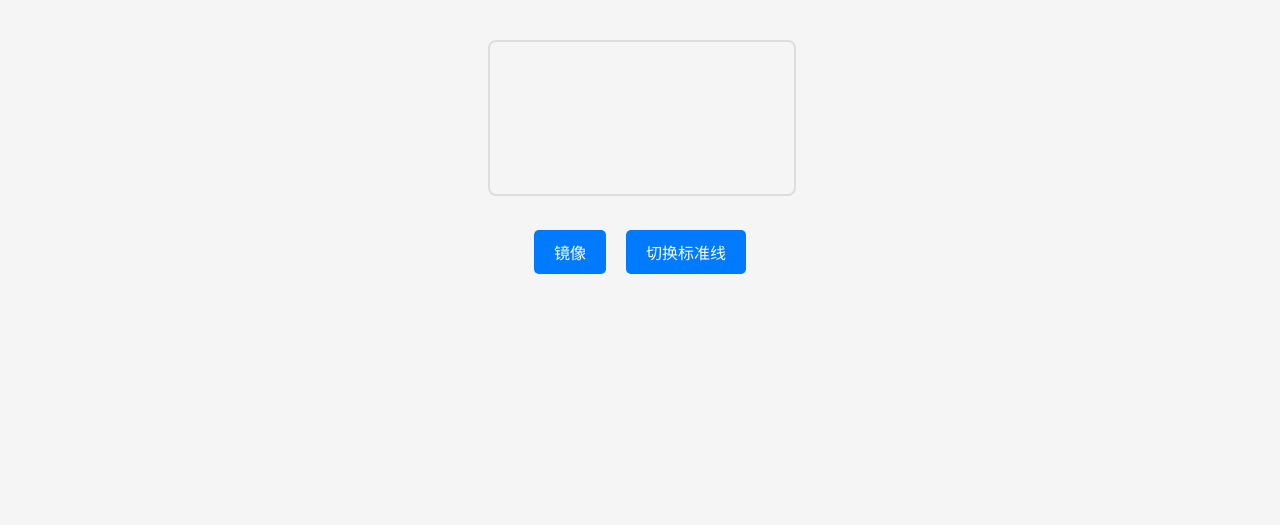
Repository: shasha333333/mirrorOnVue
Page: /
An editor plug-in stored every save of this project. The page is shown before and after the next save, followed by the edit.
The browser window is 1280 px wide. The pictures show the whole page.
The page's requests for data from a server got no answer. The project was rebuilt for these pictures with package versions that can differ from the ones it lists, and the page was loaded fresh each time. No one was signed in, and anything a server would have sent is missing. Also part of the build but not shown: vue.config.js.

Above is the page before, as saved 2024-11-18 21:12:59.

After the next save:
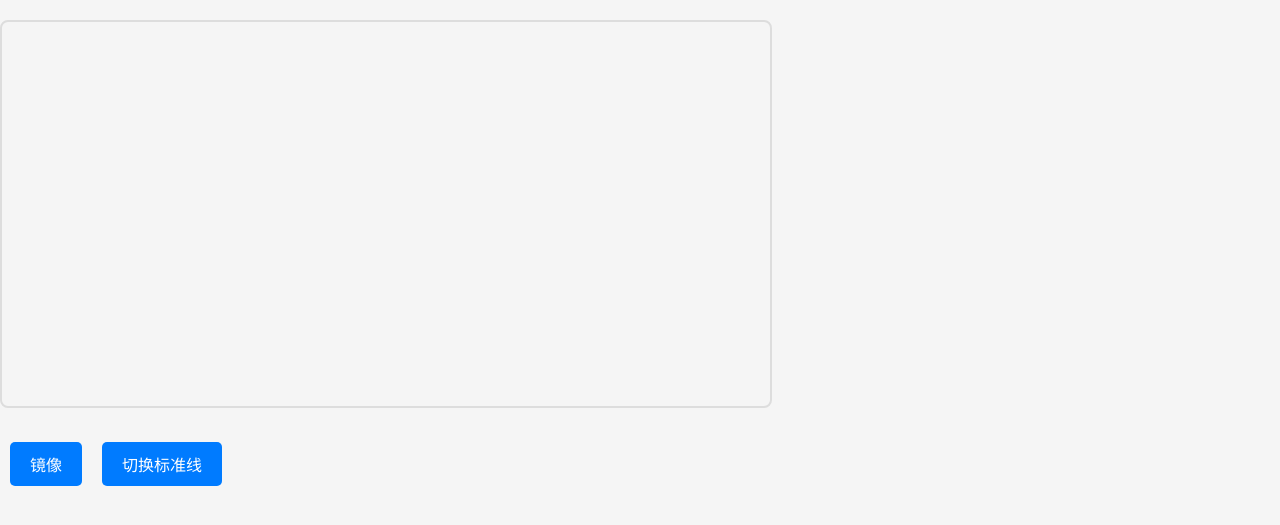
Saved 6 min 53 s later.
--- a/src/components/CameraApp.vue
+++ b/src/components/CameraApp.vue
@@ -1,11 +1,11 @@
 <template>
-  <div class="camera-app" id="camera-app">
+  <div class="camera-app">
     <div class="camera-container">
       <video
         ref="video"
         :class="{ mirrored: isMirrored }"
         autoplay
-        width="100%"
+        width="60%"
         height="auto"
       ></video>
       <!-- Canvas 用于绘制标准线 -->
@@ -32,11 +32,8 @@
       try {
         const stream = await navigator.mediaDevices.getUserMedia({ video: true });
         this.$refs.video.srcObject = stream;
-
-        // 等待视频加载后设置 canvas 尺寸
-        this.$refs.video.onloadedmetadata = () => {
-          this.drawLines();
-        };
+        // 在开始播放时启动动态绘制标准线
+        this.drawLines();
       } catch (error) {
         console.error("无法访问摄像头:", error);
       }
@@ -45,7 +42,6 @@
     // 切换标准线的显示与隐藏
     toggleLines() {
       this.showLines = !this.showLines;
-      this.drawLines(); // 在切换时绘制/清除标准线
     },
 
     // 绘制标准线
@@ -63,31 +59,28 @@
 
       if (this.showLines) {
         // 设置绘制标准线的样式
-        context.strokeStyle = "#007bff"; // 蓝色，50%透明度
+        context.strokeStyle = "rgba(255, 0, 0, 0.7)"; // 红色标准线
         context.lineWidth = 2;
 
-        const fixX = 20; // 修正参数
-        const offsetX = 0; // 水平偏移 100px
-        const offsetY = 150; // 垂直偏移 50px
-
-        // 画竖直标准线
+        // 画竖直标准线（屏幕中心）
         context.beginPath();
-        context.moveTo(canvas.width / 2 + offsetX, fixX);
-        context.lineTo(canvas.width / 2 + offsetX, canvas.height + fixX);
+        context.moveTo(canvas.width / 2, 0);
+        context.lineTo(canvas.width / 2, canvas.height);
         context.stroke();
 
-        // 画水平标准线
+        // 画水平标准线（屏幕中心）
         context.beginPath();
-        context.moveTo(0, canvas.height / 2 + offsetY);
-        context.lineTo(canvas.width, canvas.height / 2 + offsetY);
+        context.moveTo(0, canvas.height / 2);
+        context.lineTo(canvas.width, canvas.height / 2);
         context.stroke();
 
+        // 可选：可以在此处添加更多标准线的绘制逻辑
+      }
 
-        // 可以添加更多的标准线样式，如斜线或其他
-      }
+      // 使用 requestAnimationFrame 动态更新标准线
+      requestAnimationFrame(this.drawLines);
     },
 
-    // 切换镜像效果
     toggleMirror() {
       this.isMirrored = !this.isMirrored; // 切换镜像状态
     },
@@ -95,11 +88,6 @@
   mounted() {
     this.startCamera(); // 组件挂载时启动摄像头
   },
-  watch: {
-    showLines() {
-      this.drawLines(); // 在切换时绘制标准线
-    }
-  }
 };
 </script>
 
@@ -115,23 +103,14 @@
   font-family: Arial, sans-serif;
   padding: 20px;
 }
-
-.camera-container {
-  position: relative;
-  display: inline-block;
-}
-
 video {
   border: 2px solid #ddd;
   border-radius: 8px;
   margin: 20px 0;
-  object-fit: cover;
 }
-
 .mirrored {
   transform: scaleX(-1); /* 实现镜像效果 */
 }
-
 button {
   margin: 10px;
   padding: 10px 20px;
@@ -142,7 +121,6 @@
   border-radius: 5px;
   cursor: pointer;
 }
-
 button:hover {
   background-color: #0056b3;
 }

After the 2 saves that followed:
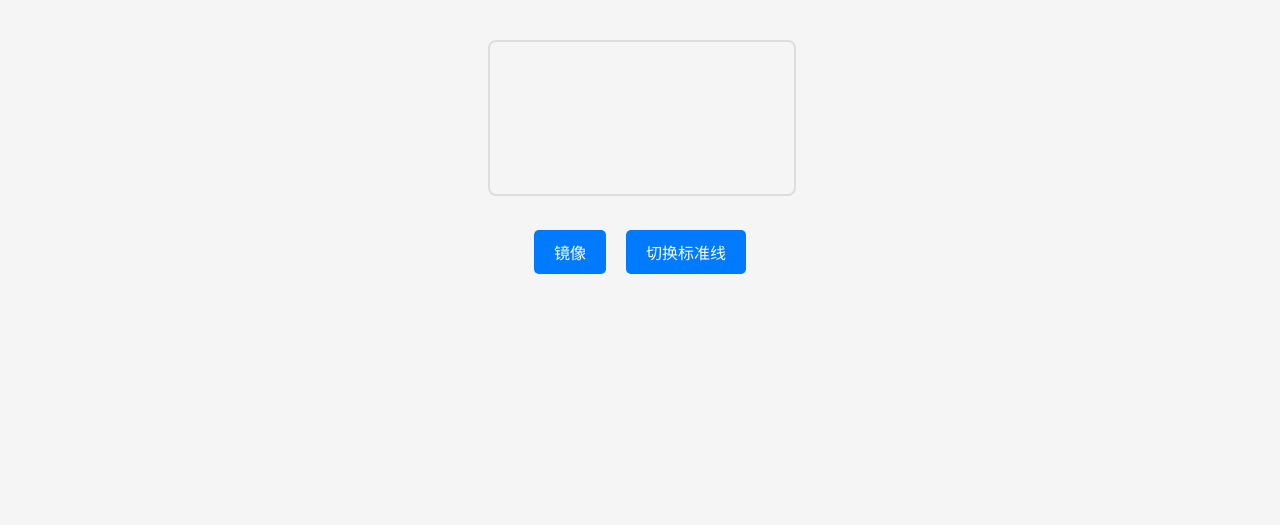
The 2 saves are shown as one change because 1 left the picture as it was.
The last was saved 5 min 57 s later.
--- a/src/components/CameraApp.vue
+++ b/src/components/CameraApp.vue
@@ -1,11 +1,11 @@
 <template>
-  <div class="camera-app">
+  <div class="camera-app" id="camera-app">
     <div class="camera-container">
       <video
         ref="video"
         :class="{ mirrored: isMirrored }"
         autoplay
-        width="60%"
+        width="100%"
         height="auto"
       ></video>
       <!-- Canvas 用于绘制标准线 -->
@@ -32,8 +32,11 @@
       try {
         const stream = await navigator.mediaDevices.getUserMedia({ video: true });
         this.$refs.video.srcObject = stream;
-        // 在开始播放时启动动态绘制标准线
-        this.drawLines();
+
+        // 等待视频加载后设置 canvas 尺寸
+        this.$refs.video.onloadedmetadata = () => {
+          this.drawLines();
+        };
       } catch (error) {
         console.error("无法访问摄像头:", error);
       }
@@ -42,6 +45,7 @@
     // 切换标准线的显示与隐藏
     toggleLines() {
       this.showLines = !this.showLines;
+      this.drawLines(); // 在切换时绘制/清除标准线
     },
 
     // 绘制标准线
@@ -59,28 +63,31 @@
 
       if (this.showLines) {
         // 设置绘制标准线的样式
-        context.strokeStyle = "rgba(255, 0, 0, 0.7)"; // 红色标准线
+        context.strokeStyle = "#007bff"; // 蓝色，50%透明度
         context.lineWidth = 2;
 
-        // 画竖直标准线（屏幕中心）
+        const fixX = 20; // 修正参数
+        const offsetX = 0; // 水平偏移 100px
+        const offsetY = 150; // 垂直偏移 50px
+
+        // 画竖直标准线
         context.beginPath();
-        context.moveTo(canvas.width / 2, 0);
-        context.lineTo(canvas.width / 2, canvas.height);
+        context.moveTo(canvas.width / 2 + offsetX, fixX);
+        context.lineTo(canvas.width / 2 + offsetX, canvas.height + fixX);
         context.stroke();
 
-        // 画水平标准线（屏幕中心）
+        // 画水平标准线
         context.beginPath();
-        context.moveTo(0, canvas.height / 2);
-        context.lineTo(canvas.width, canvas.height / 2);
+        context.moveTo(0, canvas.height / 2 + offsetY);
+        context.lineTo(canvas.width, canvas.height / 2 + offsetY);
         context.stroke();
 
-        // 可选：可以在此处添加更多标准线的绘制逻辑
+
+        // 可以添加更多的标准线样式，如斜线或其他
       }
-
-      // 使用 requestAnimationFrame 动态更新标准线
-      requestAnimationFrame(this.drawLines);
     },
 
+    // 切换镜像效果
     toggleMirror() {
       this.isMirrored = !this.isMirrored; // 切换镜像状态
     },
@@ -88,6 +95,11 @@
   mounted() {
     this.startCamera(); // 组件挂载时启动摄像头
   },
+  watch: {
+    showLines() {
+      this.drawLines(); // 在切换时绘制标准线
+    }
+  }
 };
 </script>
 
@@ -103,14 +115,23 @@
   font-family: Arial, sans-serif;
   padding: 20px;
 }
+
+.camera-container {
+  position: relative;
+  display: inline-block;
+}
+
 video {
   border: 2px solid #ddd;
   border-radius: 8px;
   margin: 20px 0;
+  object-fit: cover;
 }
+
 .mirrored {
   transform: scaleX(-1); /* 实现镜像效果 */
 }
+
 button {
   margin: 10px;
   padding: 10px 20px;
@@ -121,6 +142,7 @@
   border-radius: 5px;
   cursor: pointer;
 }
+
 button:hover {
   background-color: #0056b3;
 }
